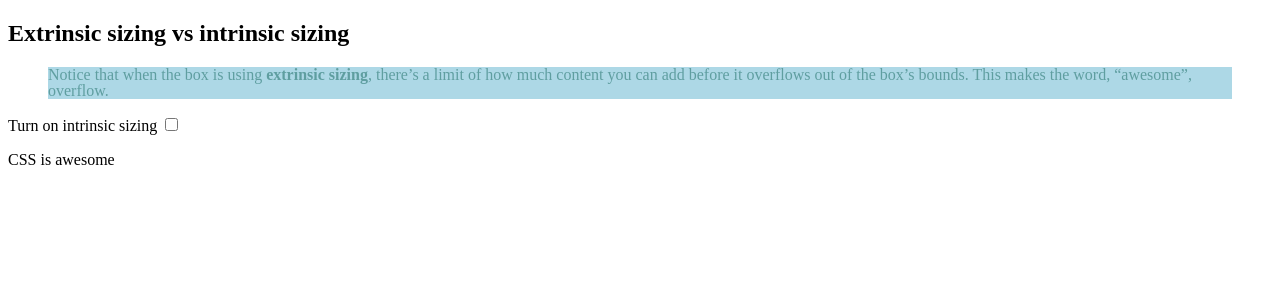
Repository: sristigupta04/basic-js-project
Page: box model/box.html
An editor plug-in stored every save of this project. The page is shown before and after the next save, followed by the edit.
The browser window is 1280 px wide. The pictures show the whole page.

Above is the page before, as saved 2025-11-03 00:39:51.

After the next save:
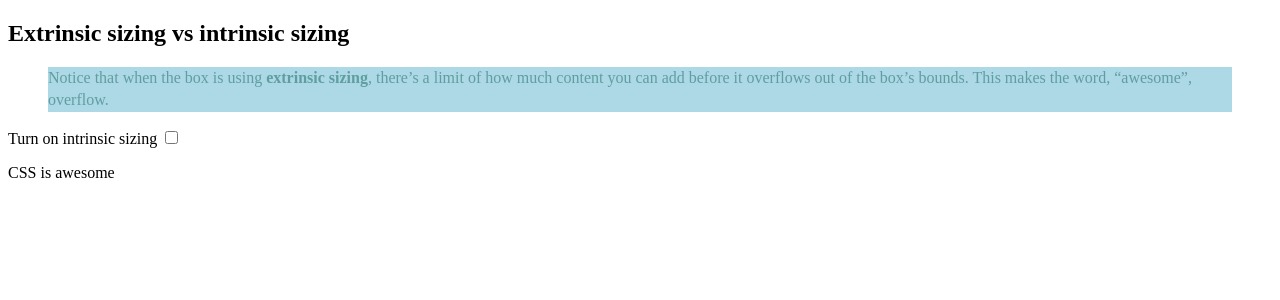
Saved 5 s later.
--- a/box model/box.css
+++ b/box model/box.css
@@ -4,5 +4,5 @@
 .callout{
     background-color: lightblue;
     color:cadetblue;
-    line-height:1rem;
+    line-height:1.4rem;;
 }
